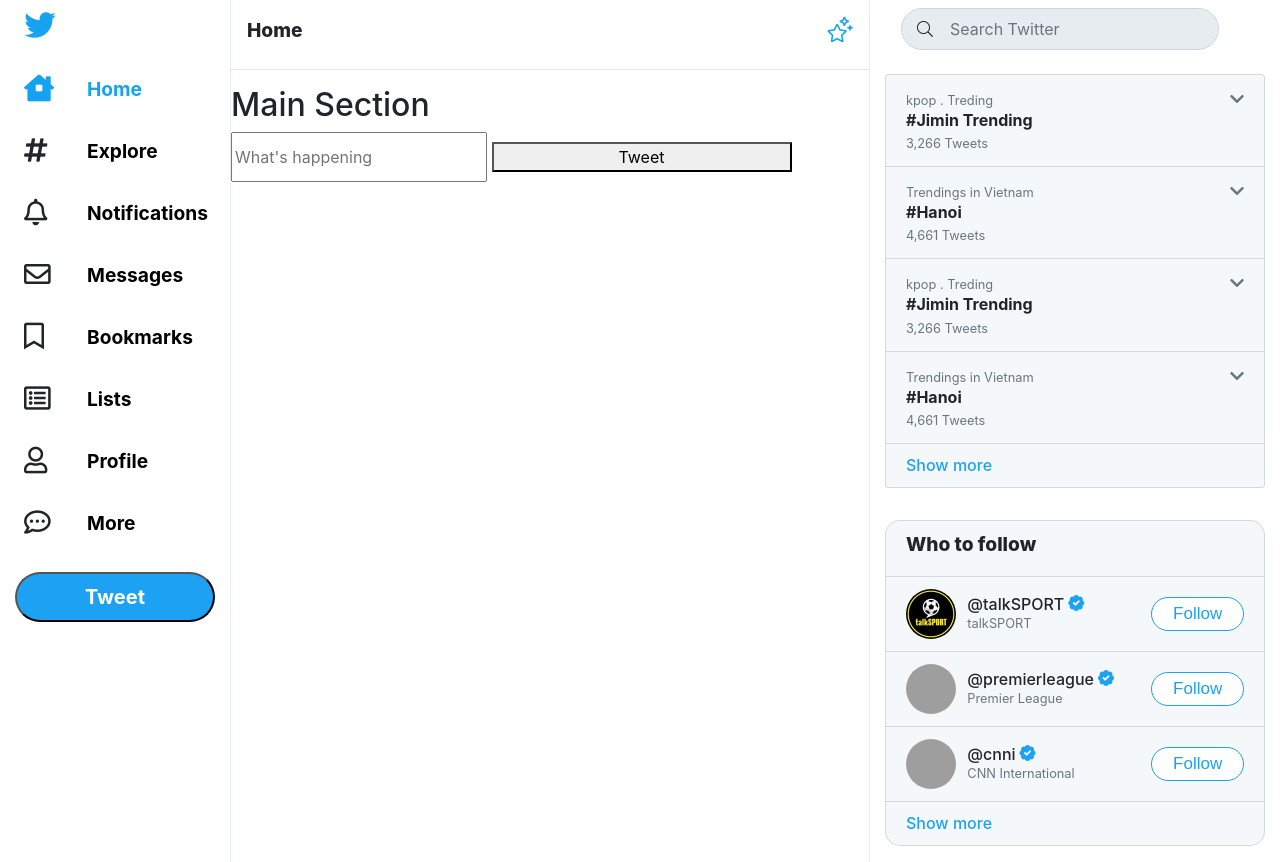
Repository: tts2610/Twitter-clone
Page: index.html
The author's editor kept a copy of each file at every save. The page is drawn from the files as they stood at one save, then again after the next save.
The browser window is 1280 px wide. The pictures show the whole page.
Pictures or frames that could not be fetched are drawn as grey boxes.

Above is the page before, as saved 2020-05-23 15:58:20.

After the next save:
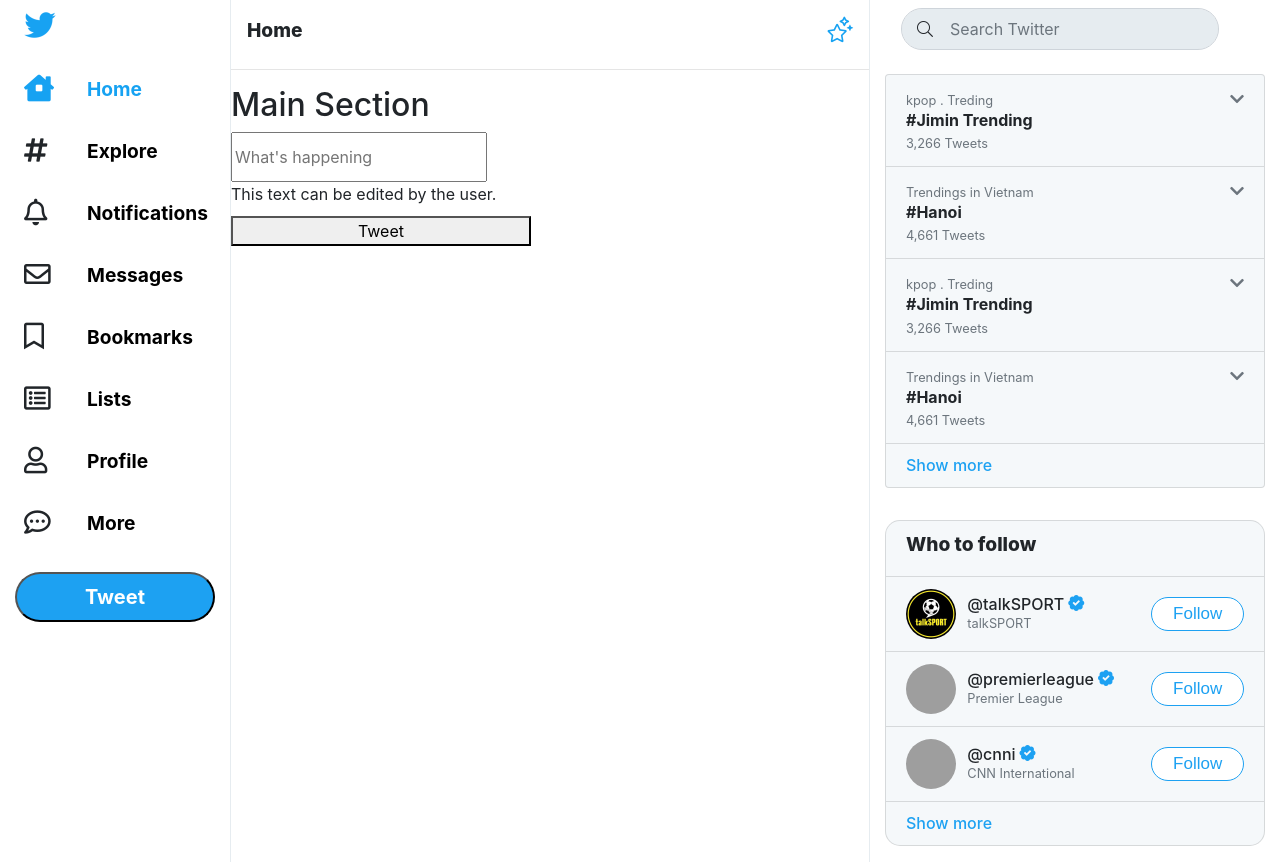
Saved 88 s later.
--- a/index.html
+++ b/index.html
@@ -96,6 +96,9 @@
                 <div>
                     <h2>Main Section</h2>
                     <input type="text" id="tweetArea" placeholder="What's happening">
+                    <div contenteditable="true">
+                        This text can be edited by the user.
+                    </div>
                     <button id="tweetBtn" onclick="post()">Tweet</button>
                     <span id="remain"></span>
                     <div id="content" class="mt-5">
